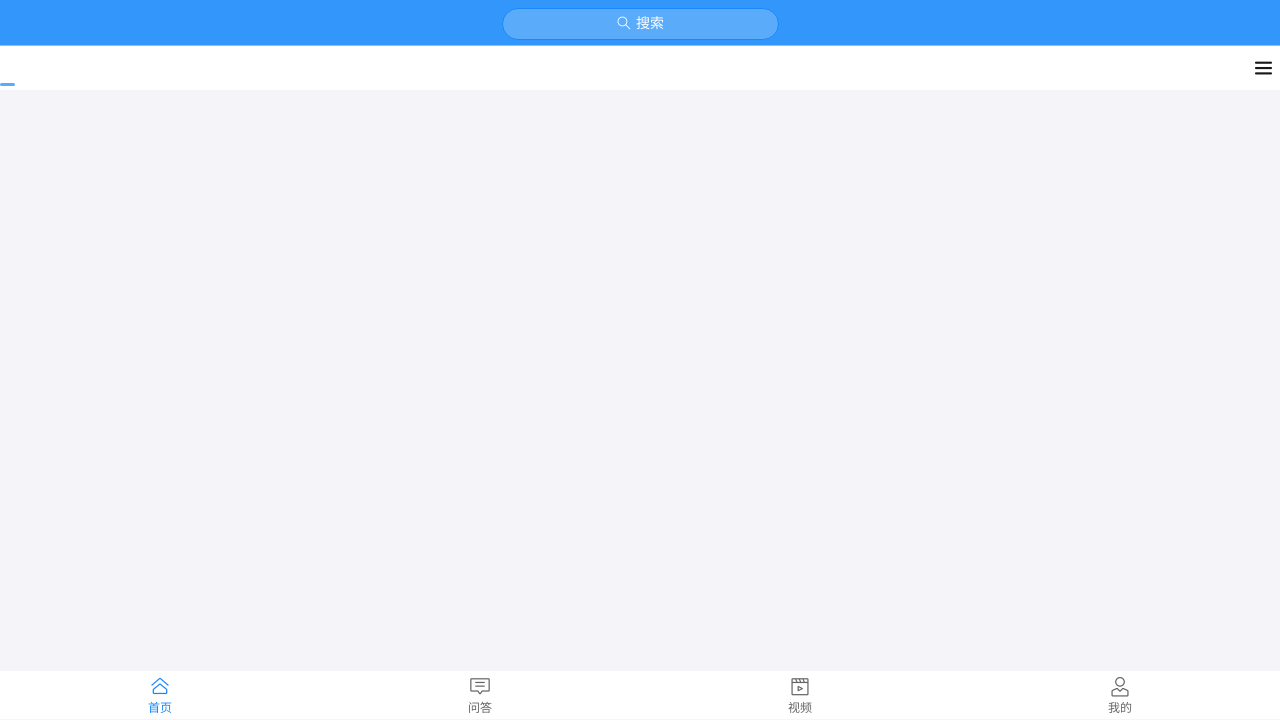
Repository: xn-lb/toutiao-mb
Page: /
An editor plug-in stored every save of this project. The page is shown before and after the next save, followed by the edit.
The browser window is 1280 px wide. The pictures show the whole page.
The page's requests for data from a server got no answer. The project was rebuilt for these pictures with package versions that can differ from the ones it lists, and the page was loaded fresh each time. No one was signed in, and anything a server would have sent is missing. Also part of the build but not shown: vue.config.js, src/api/channel.js, src/views/home/components/channel-edit.vue, src/api/article.js, src/components/article-item/index.vue, src/views/home/components/artitle-list.vue.

Above is the page before, as saved 2023-04-15 12:35:11.

### src/main.js
import Vue from 'vue'
import App from './App.vue'
import router from './router'
import store from './store'
// 加载全局样式
import './styles/index.less'
import Vant from 'vant' //加载Vant 组件库

import 'amfe-flexible' //加载动态设置  rem 基准值

Vue.use(Vant); //注册使用组件库

import './utils/dayjs' //加载时间格式化组件

import 'vant/lib/index.css' //加载全局样式

Vue.config.productionTip = false

new Vue({
    router,
    store,
    render: h => h(App)
}).$mount('#app')

### src/App.vue
<template>
  <div id="app">
  <!-- 路由的出口 -->
    <router-view></router-view>



  </div>
</template>
<script>
export default {
  name: 'APP'
}
</script>
<style lang="less">

</style>

### src/router/index.js
import Vue from 'vue'
import VueRouter from 'vue-router'


Vue.use(VueRouter)

// 路由表
const routes = [{
        path: '/login',
        name: 'LoginIndex',
        component: () =>
            import ('@/views/login')
    },
    {
        path: '/',
        component: () =>
            import ('@/views/layout/'),
        children: [{
                path: '/qa',
                name: 'qa',
                component: () =>
                    import ('@/views/qa/')
            },
            {
                path: '/video',
                name: 'video',
                component: () =>
                    import ('@/views/video/')
            },
            {
                path: '/my',
                name: 'my',
                component: () =>
                    import ('@/views/my/')
            },
            {
                path: '', //默认子路由  只能有一个
                name: 'home',
                component: () =>
                    import ('@/views/home/')
            }
        ]
    }

]

const router = new VueRouter({
    routes
})

export default router

### src/store/index.js
import { getItem, setItem } from '@/utils/strorage'
import Vue from 'vue'
import Vuex from 'vuex'

Vue.use(Vuex)

const USER_KEY = 'toutiao-user'
export default new Vuex.Store({
    // namespaced: true, //关闭命名空间
    state: {
        user: getItem(USER_KEY) //使用封装模块的方式

        //使用原型模式  =>  user: JSON.parse(window.localStorage.getItem('user')) // 存储当前登录用户的登录状态（token 等数据）
    },
    getters: {},
    mutations: {
        setUser(state, data) {
            state.user = data
                // 为了防止页面刷新数据丢失，我们还需要把数据放到本地存储中，这里仅仅是为了持久化数据

            setItem(USER_KEY, state.user) //使用封装模块的方式
                //使用原型模式  =>  window.localStorage.setItem('user', JSON.stringify(state.user))
        }
    },
    actions: {},
    modules: {}
})

### src/styles/index.less
// 全局样式文件
// 加载图标样式
@import "./icon.less";

body{
    background-color: #f5f5f9;
}
.app-nav-bar{
    background-color: #3296fa !important;
    .van-nav-bar__title{
        color: #fff;
    }
    .van-icon{
        color:#fff !important;
    }
}

### src/utils/dayjs.js
// 初始化dayjs相关配置
import Vue from 'vue'
import dayjs from 'dayjs'
import 'dayjs/locale/zh-cn' //加载中文语言包
import relativeTime from 'dayjs/plugin/relativeTime'

// 配置使用相对时间
dayjs.extend(relativeTime)

// 配置中文语言包
dayjs.locale('zh-cn') // 全局使用


// 把处理相对时间的代码包装成全局过滤器
// 然后就可以在任何组件的模板中使用了
// 所谓的过滤器其实就是一个可以在模板中调用的函数而已
Vue.filter('relativeTime', value => {
    return dayjs(value).from(dayjs())
})

### src/views/layout/index.vue
<template>
    <div class="layout-container">
         <!-- 子路由出口 -->
        <router-view />

        <!-- 底部导航栏 -->
        <van-tabbar v-model="active" route>
            <van-tabbar-item icon="home-o" to="/">首页</van-tabbar-item>
            <van-tabbar-item icon="comment-o" to="/qa">问答</van-tabbar-item>
            <van-tabbar-item icon="video-o" to="/video">视频</van-tabbar-item>
            <van-tabbar-item icon="user-o" to="/my">我的</van-tabbar-item>
        </van-tabbar>
    </div>


</template>

<script>
export default {
    name:'layoutIndex',
    components:{},
    props:{},
    data(){
        return{
            active:0
        }
    }
}
</script>

<style>

</style>

### src/views/home/index.vue
<template>
  <div class="home-container">
  <!-- 首页 -->
    <van-nav-bar class="app-nav-bar">
      <van-button
      class="search-btn"
      slot="title"
      icon="search"
      type="info"
      round
      size="small"
      >搜索</van-button>
    </van-nav-bar>

    <!-- 文章频道列表 -->
    <!-- 标签页组件本身具有一个功能，只有你第一次查看标签页的时候才会渲染里面的内容 -->
    <van-tabs class="channel-tabs" v-model="active">
      <van-tab
      :title="channel.name"
      v-for="channel in channels"
      :key="channel.id"
      >
      <!-- 文章列表 -->
      <!-- 第一个channel是props里的channel -->
      <artitleList :channel="channel"></artitleList>
      </van-tab>
      <!-- 在汉堡按钮前加一个占位元素 -->
      <div slot="nav-right" class="wap-nav-placeholder"></div>
      <div
      slot="nav-right"
      @click="isChannelEditShow = true"
      class="wap-nav-wrap"
      >
        <van-icon name="wap-nav" />
      </div>
    </van-tabs>

    <!-- 弹出层 -->
    <van-popup v-model="isChannelEditShow"
    class="channel-edit-pupop"
    position="bottom"
    closeable
    close-icon-position="top-left"
    get-container="body"
    style="height:100%"
    >
    <channelEdit
      :userChannels="channels"
      :active="active"
      @update-active="onUpdateActive"
    ></channelEdit>
    </van-popup>
  </div>

</template>

<script>
import channelEdit from './components/channel-edit.vue'
import {getUserChannels} from '@/api/user'
import artitleList from './components/artitle-list.vue'
export default {
  name:'HomeIndex',
  components:{
    artitleList,
    channelEdit
  },
  props:{},
  data () {
    return{
      active: 0, //tab标签 初始标签
      channels:[], //频道列表
      isChannelEditShow: false   //控制编辑频道的显示状态
    }
  },
  created () {
    this.loadChannels()
  },
  methods:{
    async loadChannels(){
      // 请求获取频道数据
      const {data} = await getUserChannels()
      // console.log(data);
      this.channels = data.data.channels
    },
    onUpdateActive(index , isChannelEditShow = true){
      this.active = index
      this.isChannelEditShow = isChannelEditShow
    }
  }
}
</script>

<style lang="less" scoped>
.home-container {
  /deep/ .van-nav-bar__title{
      max-width: none;
    }
  .search-btn{
    width: 277px;
    height: 32px;
    background: #5babfb;
    .van-button__text{
      font-size: 14px;
    }
    .van-icon{
      font-size: 16px;
    }
    }

    .channel-tabs{
      /deep/ .van-tab {
        border-right: 1px solid #edeff3;
        border-bottom: 1px solid #edeff3;
      }
      /deep/ .van-tabs__line{
        width: 15px ;
        height: 3px;
        background: #5babfb;
        margin-bottom: 4px;
      }
    }

    .channel-edit-pupop{
      height: 100%;
    }

    .wap-nav-placeholder{
      width: 18px;
      flex-shrink: 0;
    }
    .wap-nav-wrap{
      position: fixed;
      right: 0;
      height: 44px;
      width: 33px;
      display: flex;
      justify-content: center;
      align-items: center;
      background-color: #fff;
      opacity: .9;
      .van-icon{
        font-size: 22px;
      }
    }
  }
</style>

### src/utils/strorage.js
// 本地存储封装模块

// 获取
export const getItem = (name) => {
    const data = window.localStorage.getItem(name)
    try {
        // 尝试把data转为JavaScript对象
        return JSON.parse(data)
    } catch (err) {
        // data不是JSON格式字符串，直接原样返回
        return data
    }
}

// 存储
export const setItem = (name, value) => {
    // 如果value 是对象，就把value 转为JSON格式字符串再储存
    if (typeof value === 'object') {
        value = JSON.stringify(value)
    }
    window.localStorage.setItem(name, value)
}



// 删除
export const removeItem = (name) => {
    window.localStorage.removeItem(name)
}

### src/styles/icon.less
@font-face {
    font-family: "toutiao"; /* Project id 3968849 */
    src: url('//at.alicdn.com/t/c/font_3968849_y288fdc89co.eot?t=1679462277967'); /* IE9 */
    src: url('//at.alicdn.com/t/c/font_3968849_y288fdc89co.eot?t=1679462277967#iefix') format('embedded-opentype'), /* IE6-IE8 */
         url('//at.alicdn.com/t/c/font_3968849_y288fdc89co.woff2?t=1679462277967') format('woff2'),
         url('//at.alicdn.com/t/c/font_3968849_y288fdc89co.woff?t=1679462277967') format('woff'),
         url('//at.alicdn.com/t/c/font_3968849_y288fdc89co.ttf?t=1679462277967') format('truetype'),
         url('//at.alicdn.com/t/c/font_3968849_y288fdc89co.svg?t=1679462277967#toutiao') format('svg');
  }

  .toutiao {
    font-family: "toutiao" !important;
    font-size: 16px;
    font-style: normal;
    -webkit-font-smoothing: antialiased;
    -moz-osx-font-smoothing: grayscale;
  }

  .toutiao-guanbi:before {
    content: "\e601";
  }

  .toutiao-gengduo:before {
    content: "\e602";
  }

  .toutiao-pinglun:before {
    content: "\e603";
  }

  .toutiao-shanchu:before {
    content: "\e604";
  }

  .toutiao-dianzan:before {
    content: "\e605";
  }

  .toutiao-lishi:before {
    content: "\e606";
  }

  .toutiao-shipin:before {
    content: "\e607";
  }

  .toutiao-shoucang:before {
    content: "\e608";
  }

  .toutiao-yanzhengma:before {
    content: "\e609";
  }

  .toutiao-wenda:before {
    content: "\e60a";
  }

  .toutiao-fenxiang:before {
    content: "\e60b";
  }

  .toutiao-youjiantou:before {
    content: "\e60c";
  }

  .toutiao-wuwangluo:before {
    content: "\e60d";
  }

  .toutiao-shouji:before {
    content: "\e60e";
  }

  .toutiao-zuojiantou:before {
    content: "\e60f";
  }

  .toutiao-shouye:before {
    content: "\e610";
  }

  .toutiao-wode:before {
    content: "\e611";
  }

  .toutiao-sousuo:before {
    content: "\e612";
  }

  .toutiao-zuopin:before {
    content: "\e613";
  }

  .toutiao-yuedu:before {
    content: "\e614";
  }

### src/api/user.js
// 用户相关请求模块
import request from "@/utils/request";



// 登录/注册
export const login = data => {
    return request({
        method: 'POST',
        url: '/v1_0/authorizations',
        data
    })
}

// 发送短信验证码
export const sendSms = mobile => {
    return request({
        method: 'GET',
        url: `/v1_0/sms/codes/${mobile}`,
    })
}

// 获取登录用户信息
export const getCountUser = () => {
    return request({
        method: 'GET',
        url: '/v1_0/user',
        // 请求头
        // headers: {
        //     Authorization: `Bearer ${store.state.user.token}`
        // }
    })
}

// 获取用户频道列表
export const getUserChannels = () => {
    return request({
        method: 'GET',
        url: '/v1_0/user/channels'

    })
}

### src/utils/request.js
// 封装axios 请求模块
import axios from "axios"

// 在非组件模块中获取store 必须通过这种方式引入
// 这里单独加载的store  和在组件中的this.$store是一样的
import store from "@/store/";

const request = axios.create({
    baseURL: 'http://toutiao.itheima.net/' //接口的基本路径
})


// 请求拦截器

request.interceptors.request.use(function(config) {

    const { user } = store.state
        // 如果用户已登录，统一给接口设置token 信息
    if (user) {
        config.headers.Authorization = `Bearer ${user.token}`
    }
    // 处理完后一定要把config返回，否则请求将停在这里
    return config
}, function(error) {

    return Promise.reject(error)
})

// 响应拦截器

export default request

Loaded but not shown: public/index.html (common file)

After the next save:
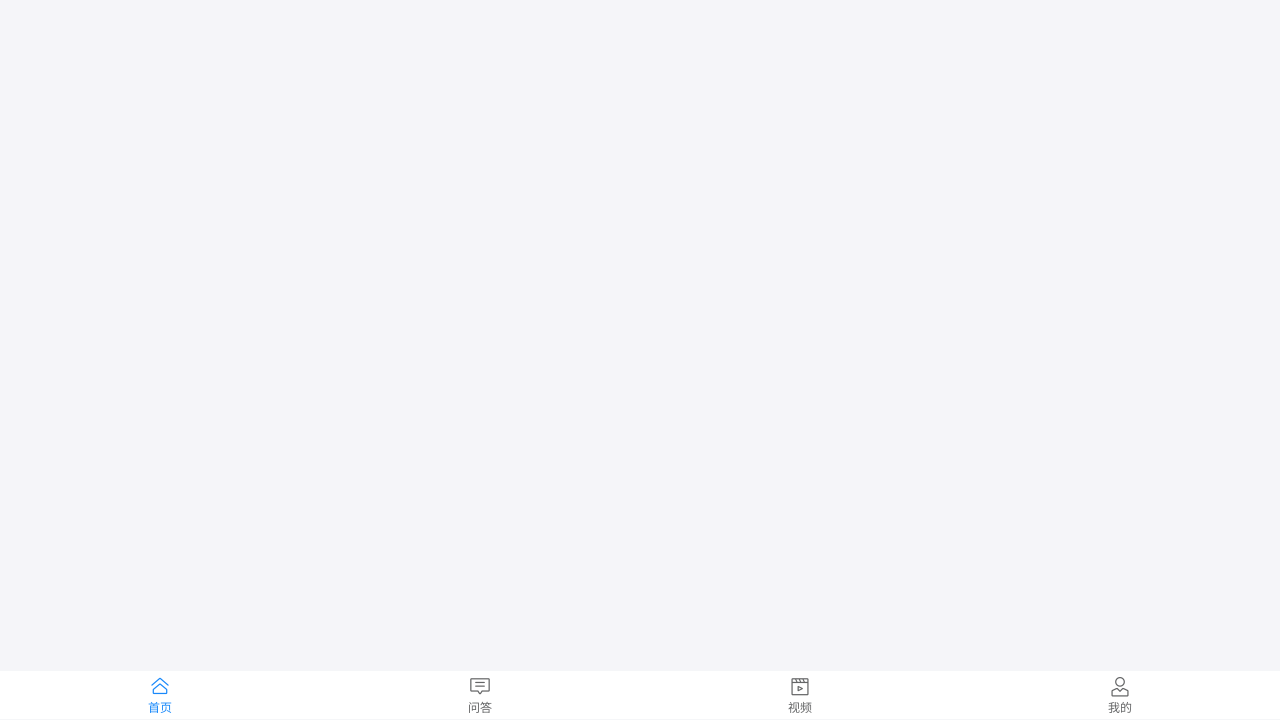
Saved 25 s later.
--- a/src/router/index.js
+++ b/src/router/index.js
@@ -33,12 +33,7 @@
                 component: () =>
                     import ('@/views/my/')
             },
-            {
-                path: '', //默认子路由  只能有一个
-                name: 'home',
-                component: () =>
-                    import ('@/views/home/')
-            }
+
         ]
     }
 

After the save that followed:
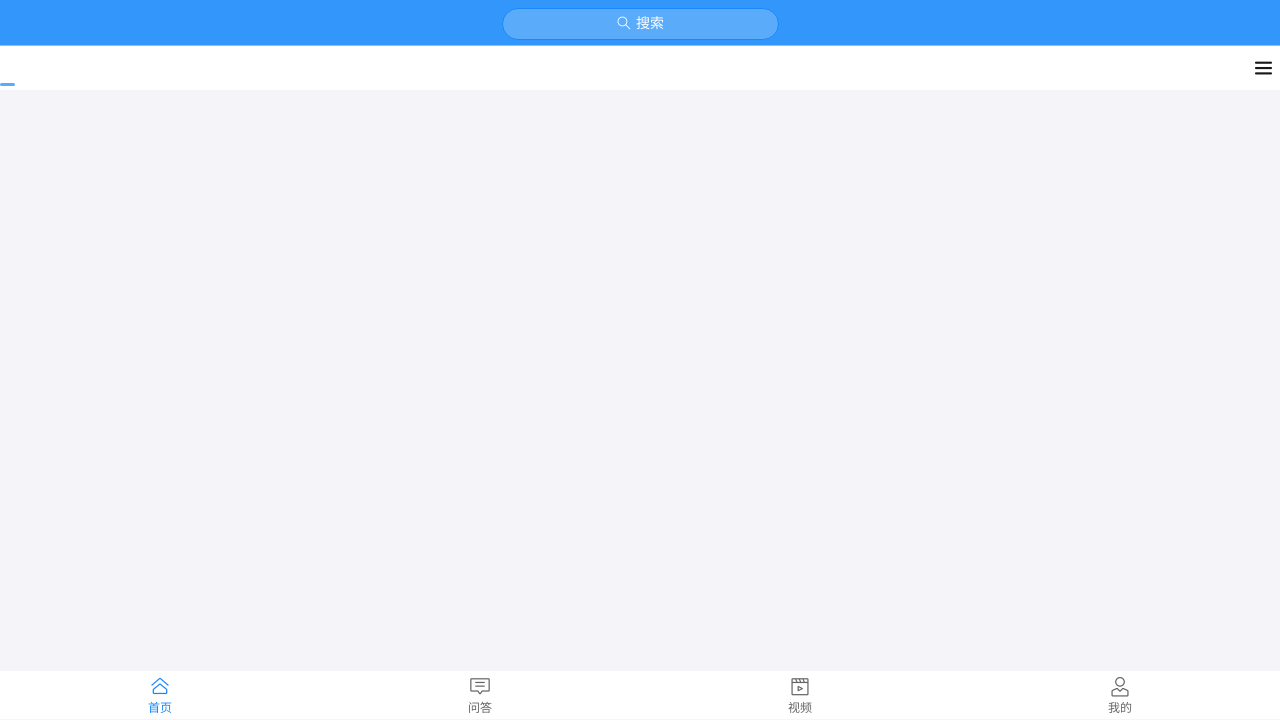
Saved 13 s later.
--- a/src/router/index.js
+++ b/src/router/index.js
@@ -33,7 +33,12 @@
                 component: () =>
                     import ('@/views/my/')
             },
-
+            {
+                path: '', //默认子路由  只能有一个
+                name: 'home',
+                component: () =>
+                    import ('@/views/home/')
+            }
         ]
     }
 
